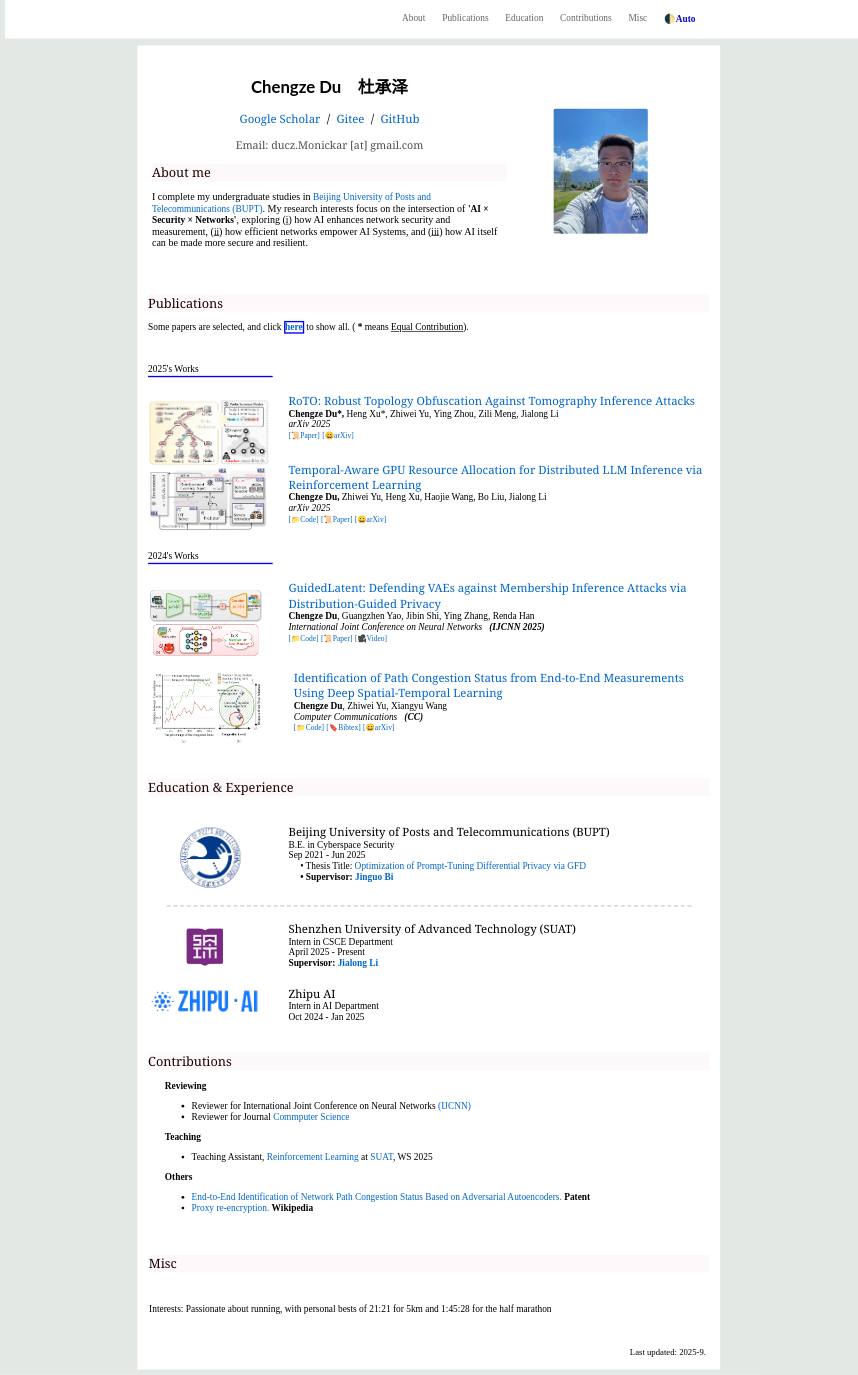
Repository: Monickar/Monickar.github.io
Page: index.html
An editor plug-in stored every save of this project. The page is shown before and after the next save, followed by the edit.
The browser window is 1280 px wide. The pictures show the whole page, at 67% of full size.

Above is the page before, as saved 2025-10-28 19:00:18.

After the next save:
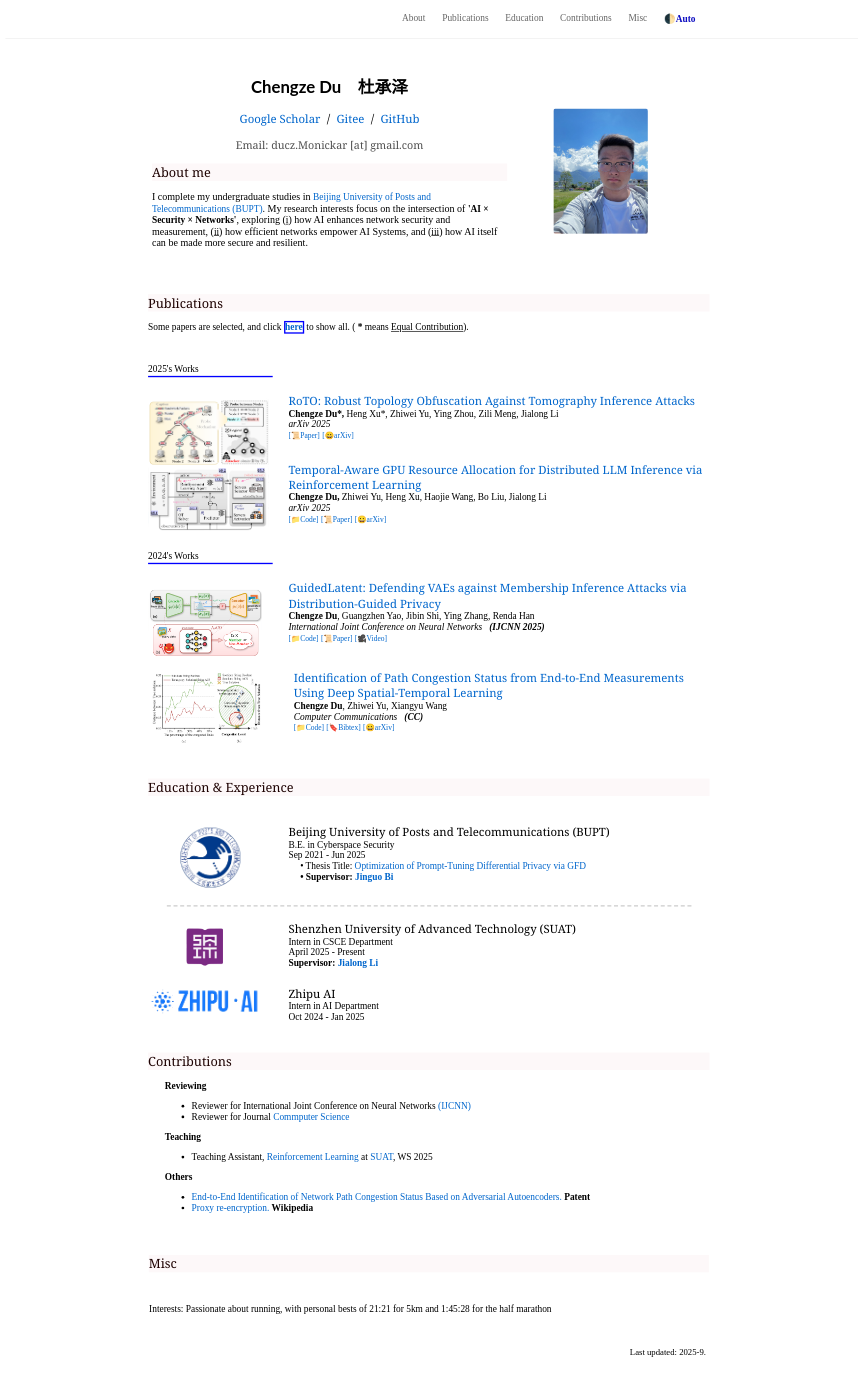
Saved 4 s later.
--- a/index.html
+++ b/index.html
@@ -25,7 +25,7 @@
   </head>
 
 
-  <body bgcolor="#E3E8E4">
+  <body color="#E3E8E4">
     <!-- 导航栏 -->
     <nav class="navbar" >
       <div class="nav-container">

After the save that followed:
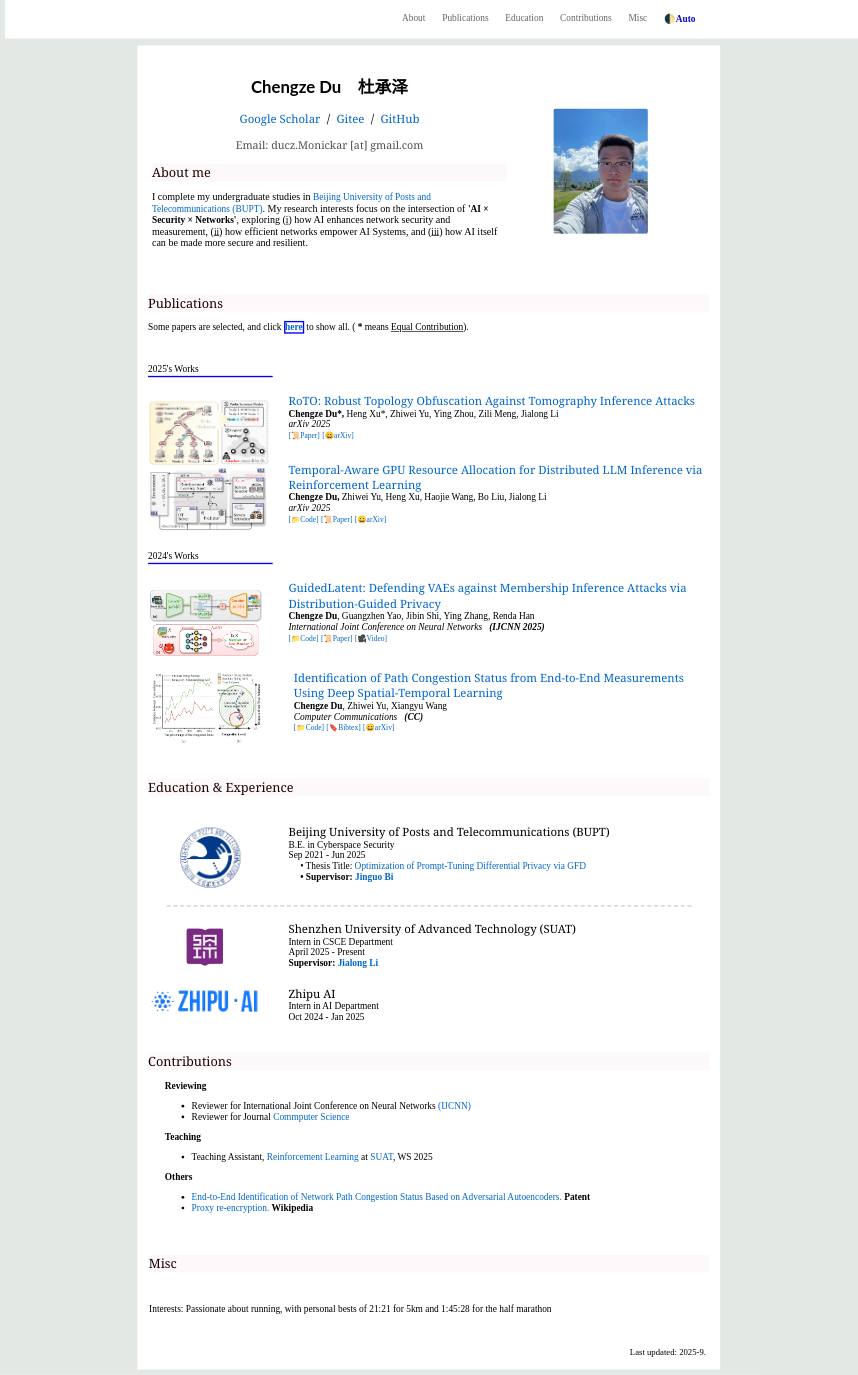
Saved 4 s later.
--- a/index.html
+++ b/index.html
@@ -25,7 +25,7 @@
   </head>
 
 
-  <body color="#E3E8E4">
+  <body bgcolor="#E3E8E4">
     <!-- 导航栏 -->
     <nav class="navbar" >
       <div class="nav-container">
